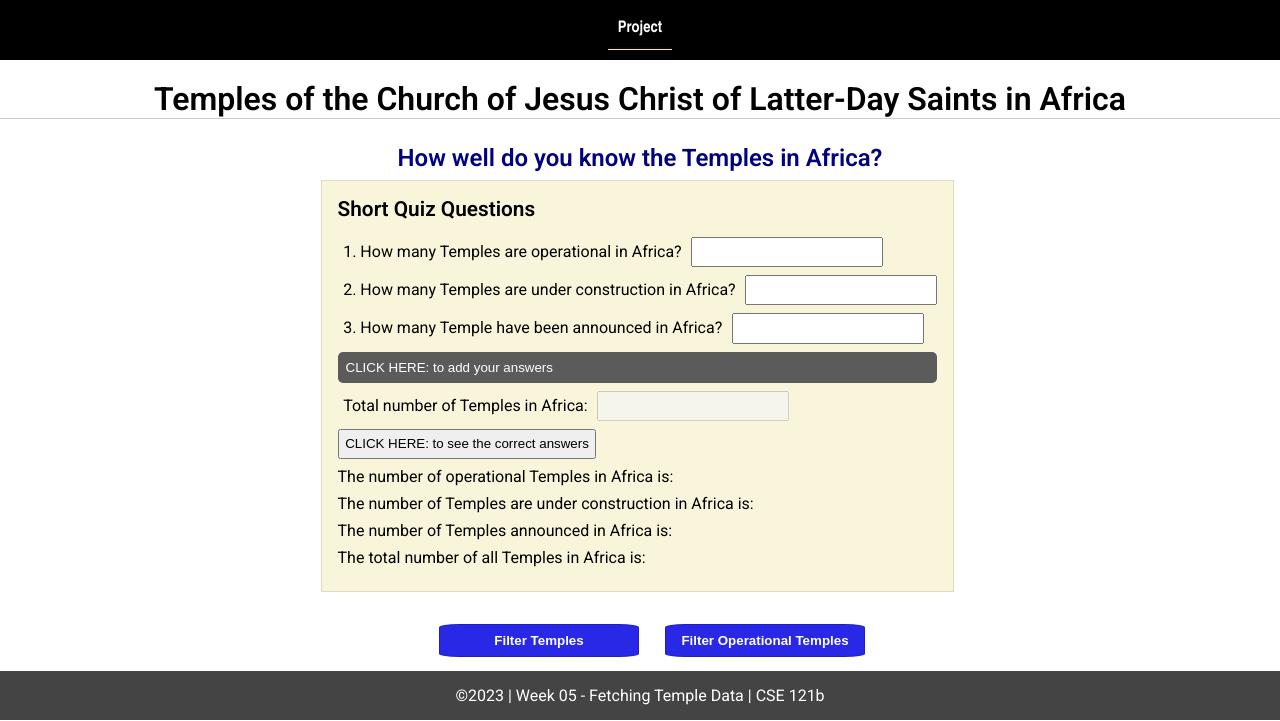
Repository: mszakutumela/cse121b
Page: Project/project.html
An editor plug-in stored every save of this project. The page is shown before and after the next save, followed by the edit.
The browser window is 1280 px wide. The pictures show the whole page.
The page's requests for data from a server got no answer.

Above is the page before, as saved 2023-10-27 11:52:09.

After the next save:
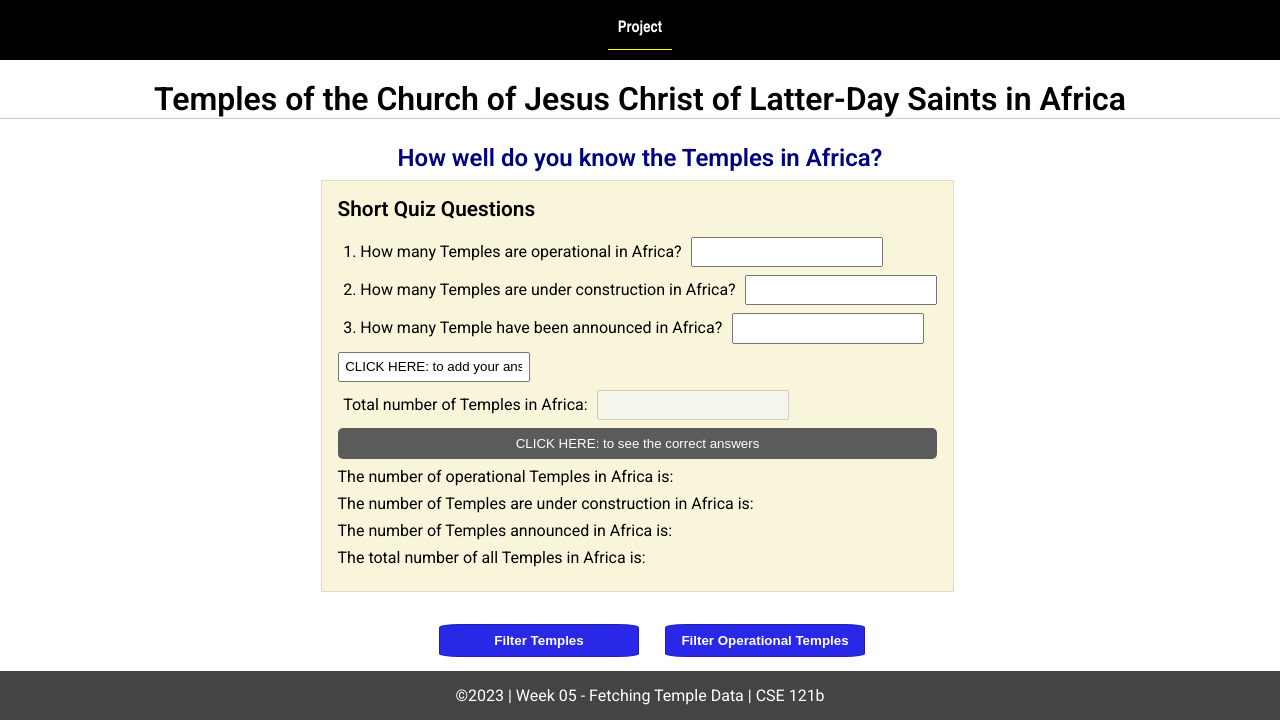
Saved 85 s later.
--- a/Project/styles/main.css
+++ b/Project/styles/main.css
@@ -129,7 +129,7 @@
     padding: .35rem;
 }
 
-input[type="button1"] {
+input[type="button"] {
     padding: .5rem;
     background-color: #5c5b5b;
     color: white;
